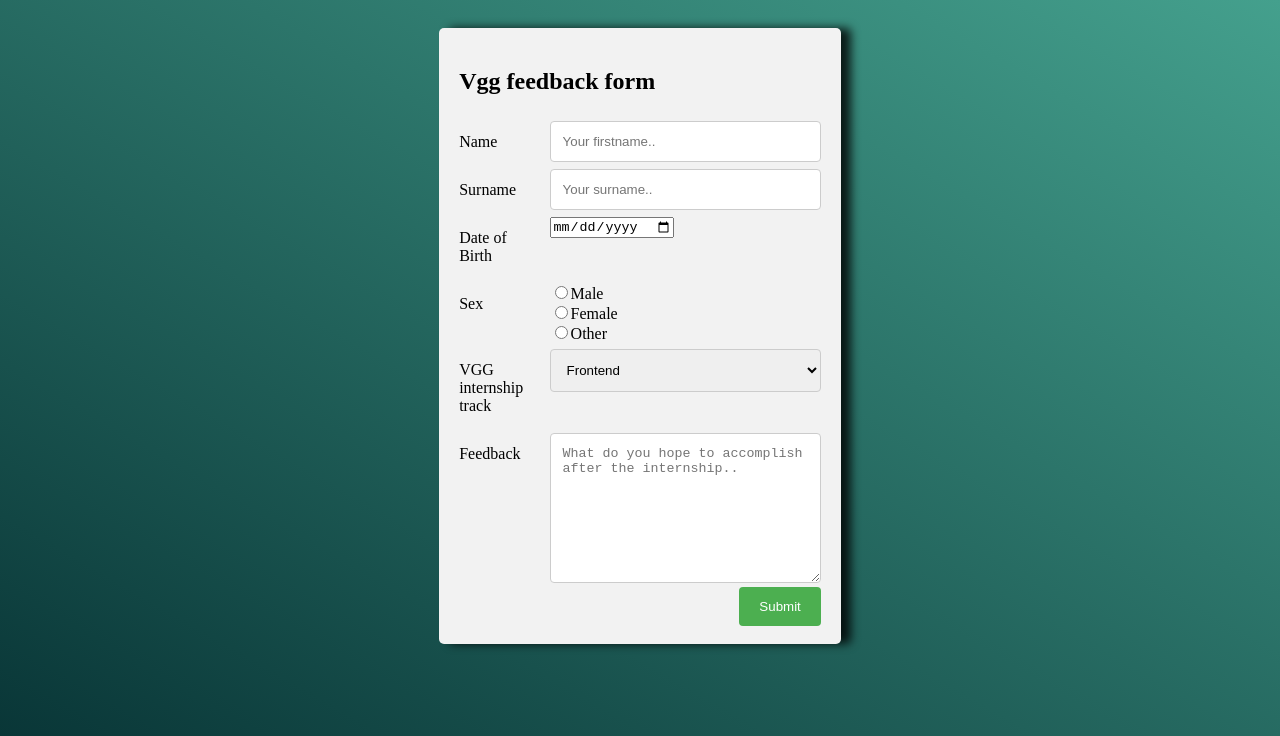
Repository: iphyokafor/VGG-Feedback-form
Page: index2.html
An editor plug-in stored every save of this project. The page is shown before and after the next save, followed by the edit.
The browser window is 1280 px wide. The pictures show the whole page.

Above is the page before, as saved 2020-01-13 00:58:52.

### index2.html
<!DOCTYPE html>
<html lang="en">

<head>
    <meta charset="UTF-8">
    <meta name="viewport" content="width=device-width, initial-scale=1.0">
    <meta http-equiv="X-UA-Compatible" content="ie=edge">
    <title>VGG feedback form</title>
    <link rel="stylesheet" href="./main.css">
</head>

<body>
    <div class="container">
        <form>
            <h2 class="heading">Vgg feedback form</h2>
            <div class="row">
                <div class="col-25">
                    <label for="name">Name</label>
                </div>
                <div class="col-75">
                    <input type="text" class="txtinput" id="name" name="name" placeholder="Your firstname..">
                </div>
            </div>
            <div class="row">
                <div class="col-25">
                    <label for="surname">Surname</label>
                </div>
                <div class="col-75">
                    <input type="text" class="txtinput" id="surname" name="surname" placeholder="Your surname..">
                </div>
            </div>
            <div class="row">
                <div class="col-25">
                    <label for="dob">Date of Birth</label>
                </div>
                <div class="col-75">
                    <input type="date" id="date" name="date">
                </div>
            </div>
            <div class="row">
                <div class="col-25">
                    <label for="sex">Sex</label>
                </div>
                <div class="col-75">
                    <input type="radio" name="gender">Male<br>
                    <input type="radio" name="gender">Female<br>
                    <input type="radio" name="gender">Other
                </div>
            </div>
            <div class="row">
                <div class="col-25">
                    <label for="VGG internship">VGG internship track</label>
                </div>
                <div class="col-75">
                    <select id="VGG internship" name="VGG">
            <option value="frontend">Frontend</option>
            <option value="backend">Backend</option>
            <option value="ui/ux">UI/UX</option>
            <option value="software">Software Quality Assurance</option>
            <option value="devops">DevOps</option>
          </select>
                </div>
            </div>
            <div class="row">
                <div class="col-25">
                    <label for="feedback">Feedback</label>
                </div>
                <div class="col-75">
                    <textarea id="feedback" name="feedback" placeholder="What do you hope to accomplish after the internship.." style="height:150px"></textarea>
                </div>
            </div>
            <div class="row">
                <input type="submit" class="btn" value="Submit">
            </div>
        </form>
    </div>

</body>

</html>

### main.css
/* Style inputs, select elements and textareas */

body {
    display: flex;
    justify-content: center;
    flex-wrap: wrap;
    background: linear-gradient(to right top, #093637, #44A08D);
    background-repeat: no-repeat;
    height: 100vh;
}

.txtinput,
select,
textarea {
    width: 100%;
    padding: 12px;
    border: 1px solid #ccc;
    border-radius: 4px;
    box-sizing: border-box;
    resize: vertical;
}


/* Style the label to display next to the inputs */

label {
    padding: 12px 12px 12px 0;
    display: inline-block;
}


/* Style the submit button */

.btn {
    background-color: #4CAF50;
    color: white;
    padding: 12px 20px;
    border: none;
    border-radius: 4px;
    cursor: pointer;
    float: right;
    transition: all 1s;
}

.btn:hover {
    transform: scale(1.1);
}


/* Style the container */

.container {
    height: 80vh;
    margin-top: 20px;
    border-radius: 5px;
    background-color: #f2f2f2;
    padding: 20px;
    box-shadow: 10px 0px 10px rgba(0, 0, 0, 0.8);
    transition: border 0.15s linear 0s, linear 0s, color 0.15s linear 0s;
}


/* Floating column for labels: 25% width */

.col-25 {
    float: left;
    width: 25%;
    margin-top: 6px;
}


/* Floating column for inputs: 75% width */

.col-75 {
    float: left;
    width: 75%;
    margin-top: 6px;
}


/* Clear floats after the columns */

.row:after {
    content: "";
    display: table;
    clear: both;
}


/* Responsive layout - when the screen is less than 600px wide, make the two columns stack on top of each other instead of next to each other */

@media screen and (max-width: 600px) {
    .col-25,
    .col-75,
    input[type=submit] {
        width: 100%;
        margin-top: 0;
    }
}

After the next save:
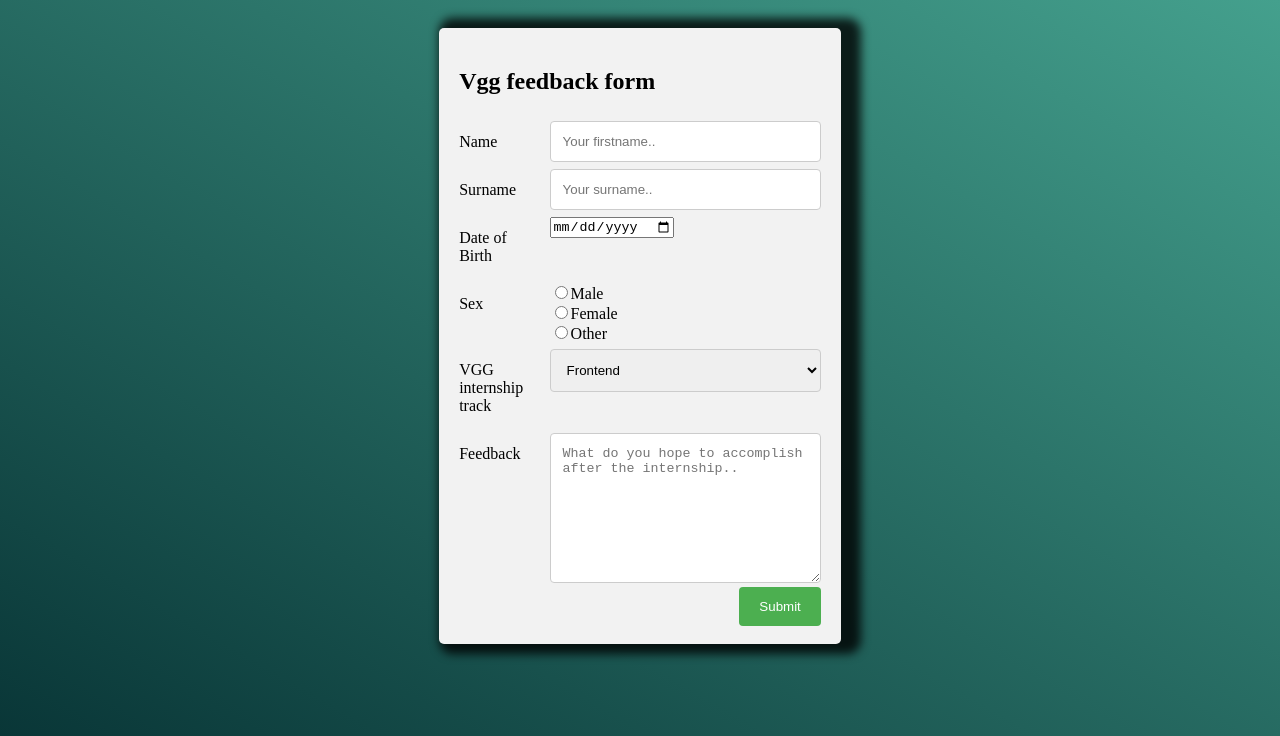
Saved 76 s later.
--- a/main.css
+++ b/main.css
@@ -55,7 +55,7 @@ label {
     border-radius: 5px;
     background-color: #f2f2f2;
     padding: 20px;
-    box-shadow: 10px 0px 10px rgba(0, 0, 0, 0.8);
+    box-shadow: 10px 0px 10px 10px rgba(0, 0, 0, 0.8);
     transition: border 0.15s linear 0s, linear 0s, color 0.15s linear 0s;
 }
 
